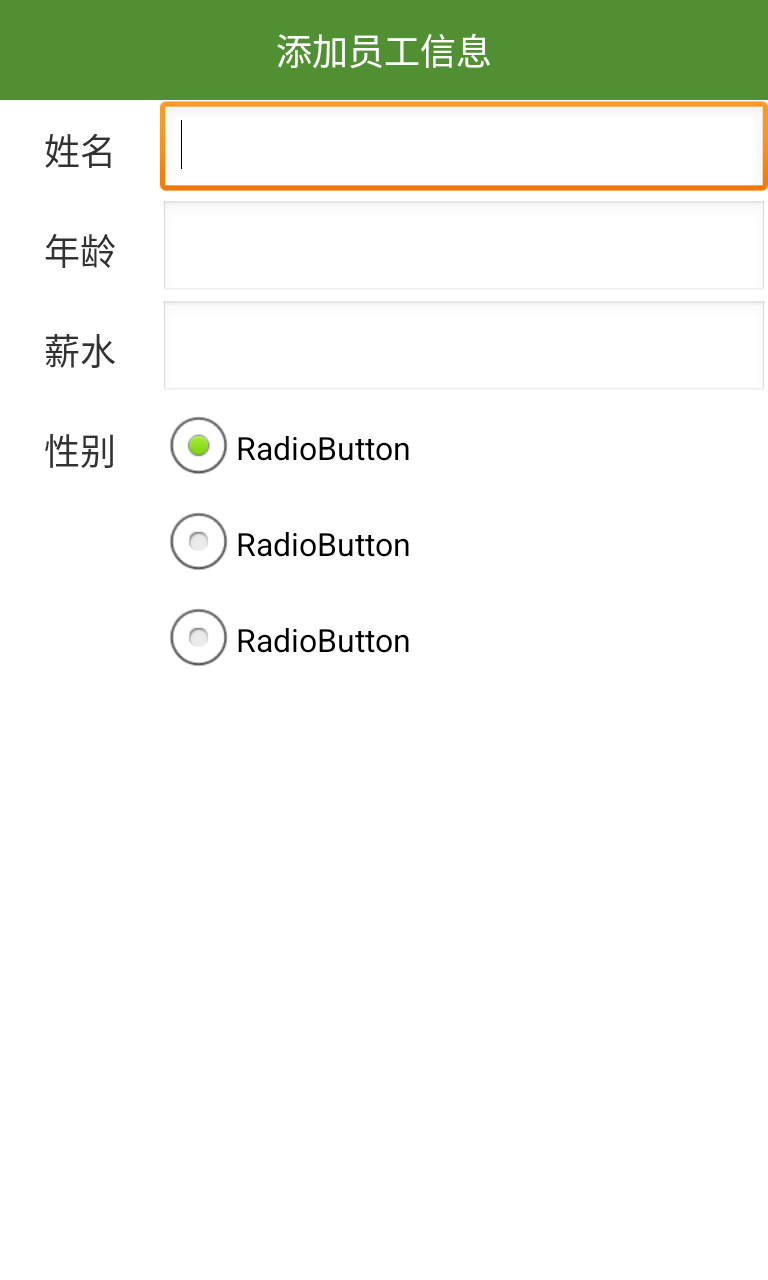
Repository: xuelang201201/Android
Layout: Android网络/android_day03_ems/res/layout/activity_add_emp.xml
These files come from the project's save history. The layout is drawn as it stood at one moment and after the next save; the edit follows.
It is drawn on a 768 x 1280 px phone screen (xhdpi) without system bars, with theme android:Theme.Light.NoTitleBar; the app's code is not run.

Above is the layout before, as saved 2016-03-02 08:57:11.

After the next save:
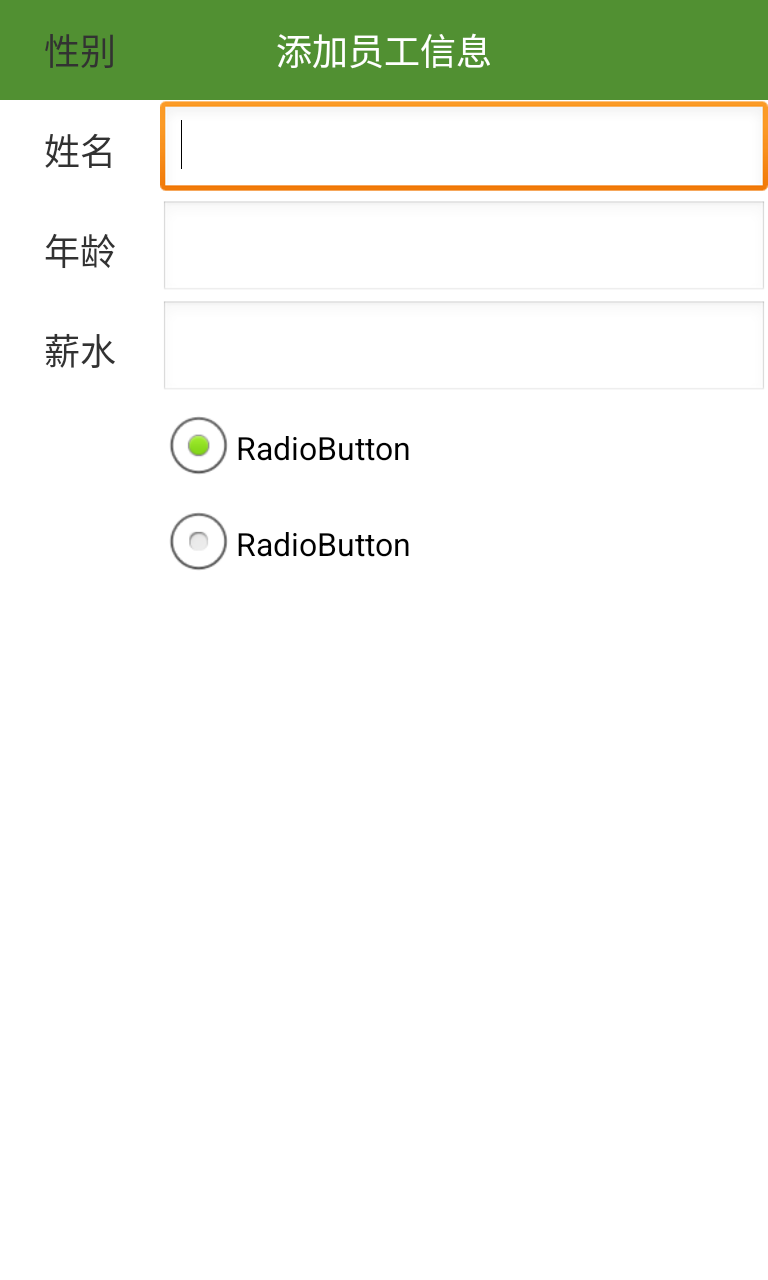
Saved 30 s later.
--- a/Android网络/android_day03_ems/res/layout/activity_add_emp.xml
+++ b/Android网络/android_day03_ems/res/layout/activity_add_emp.xml
@@ -80,7 +80,7 @@
         android:inputType="number" />
 
     <RadioGroup
-        android:id="@+id/radioGroup1"
+        android:id="@+id/rg_add_emp_gender"
         android:layout_width="wrap_content"
         android:layout_height="wrap_content"
         android:layout_below="@+id/tv_add_emp_salary"
@@ -98,12 +98,6 @@
             android:layout_width="wrap_content"
             android:layout_height="wrap_content"
             android:text="RadioButton" />
-
-        <RadioButton
-            android:id="@+id/radio2"
-            android:layout_width="wrap_content"
-            android:layout_height="wrap_content"
-            android:text="RadioButton" />
     </RadioGroup>
 
     <TextView
